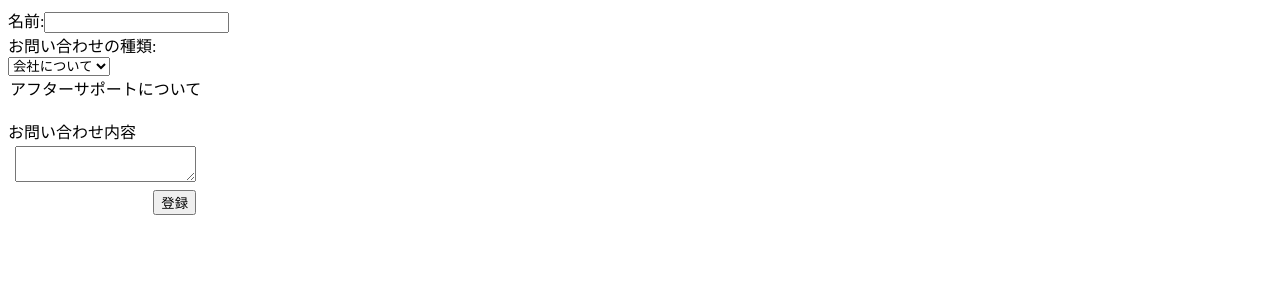
Repository: nanami-utsuhara/test
Page: http://localhost/WebProj/inquiry.jsp
An editor plug-in stored every save of this project. The page is shown before and after the next save, followed by the edit.
The browser window is 1280 px wide. The pictures show the whole page.
The page is served by Tomcat 9. Other server files are loaded and not shown.

Above is the page before, as saved 2018-11-01 06:57:23.

### WebProj/WebContent/inquiry.jsp
<%@ page language="java" contentType="text/html; charset=UTF-8"
    pageEncoding="UTF-8"%>
<%@ taglib prefix="s" uri="/struts-tags" %>

<!DOCTYPE html>
<html>
<head>
<meta charset="UTF-8">
<title>お問い合わせフォーム</title>
</head>
<body>
	<s:form method="post" action="InquiryCompleteAction">
		名前:<input type="text" name="name"/><br>
		お問い合わせの種類:<br>
		<select name="qtype">
			<option value="company">会社について</option>
			<option value="product">製品について</select>
			<option value="support">アフターサポートについて</option>
		</select>
		<br>
		お問い合わせ内容
		<s:textarea name="body"/>
		<br><s:submit value="登録"/>
	</s:form>
</body>
</html>

After the next save:
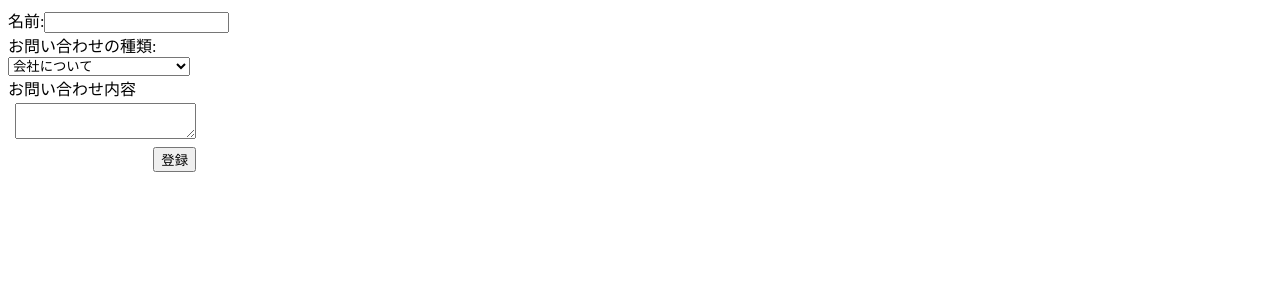
Saved 24 s later.
--- a/WebProj/WebContent/inquiry.jsp
+++ b/WebProj/WebContent/inquiry.jsp
@@ -14,7 +14,7 @@
 		お問い合わせの種類:<br>
 		<select name="qtype">
 			<option value="company">会社について</option>
-			<option value="product">製品について</select>
+			<option value="product">製品について</option>
 			<option value="support">アフターサポートについて</option>
 		</select>
 		<br>
